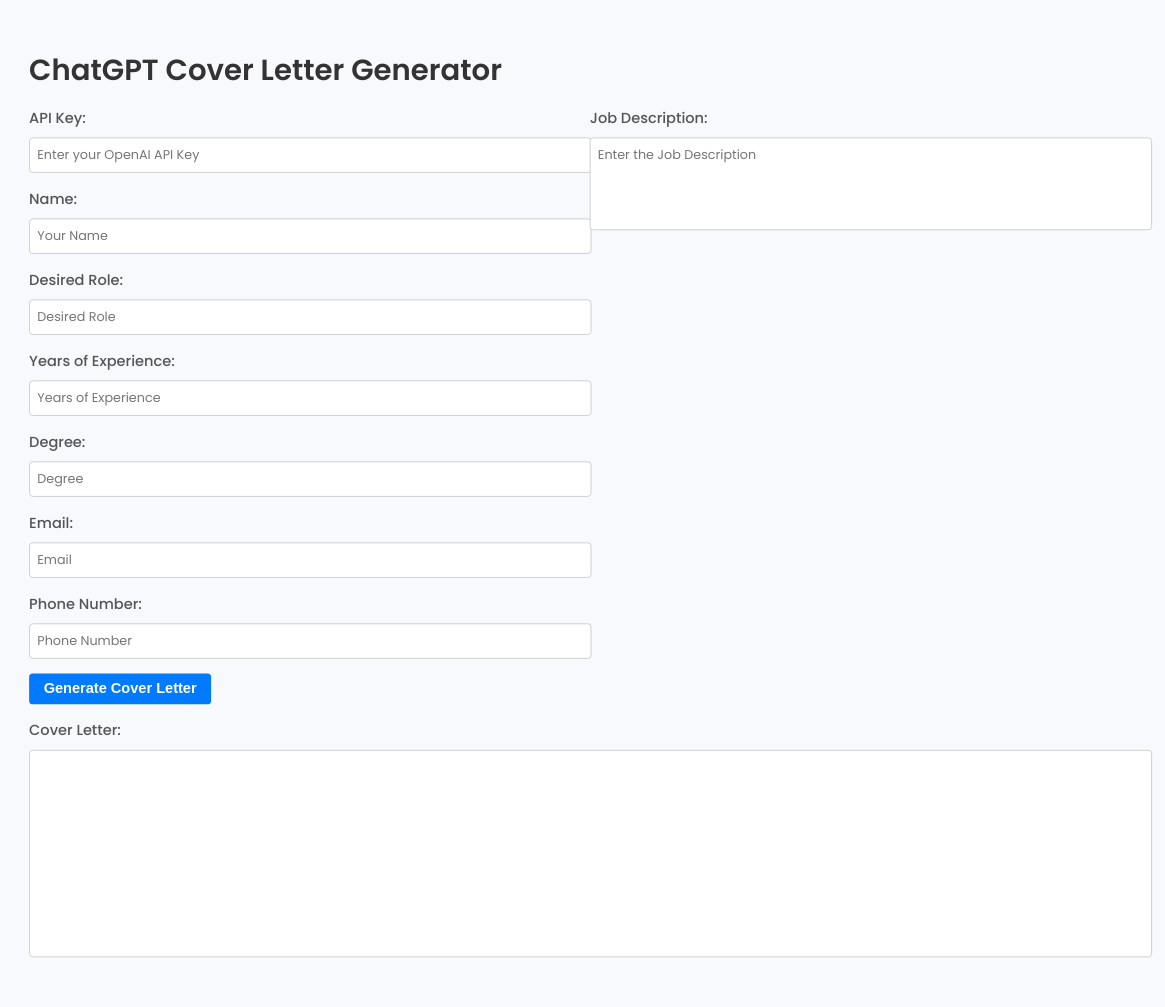
Repository: fechinmitchell/MFM
Page: popup.html
An editor plug-in stored every save of this project. The page is shown before and after the next save, followed by the edit.
The browser window is 1280 px wide. The pictures show the whole page, at 91% of full size.

Above is the page before, as saved 2023-07-01 23:11:26.

After the next save:
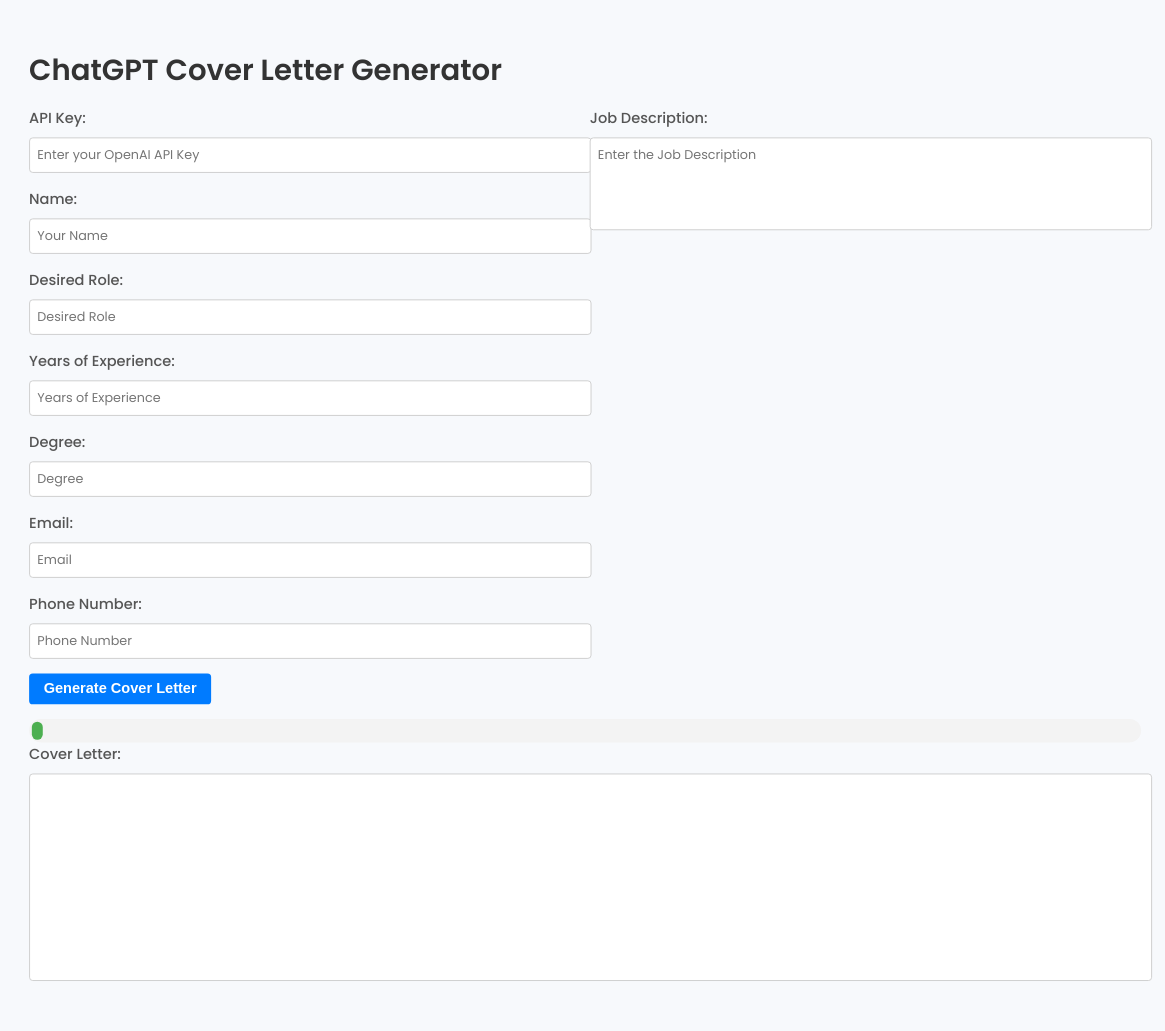
Saved 39 s later.
--- a/popup.html
+++ b/popup.html
@@ -113,7 +113,7 @@
 
   <button id="generateBtn">Generate Cover Letter</button>
 
-  <div id="loadingBar" style="display: none;">
+  <div id="loadingBar">
       <div id="progress"></div>
     </div>
 

After the 3 saves that followed:
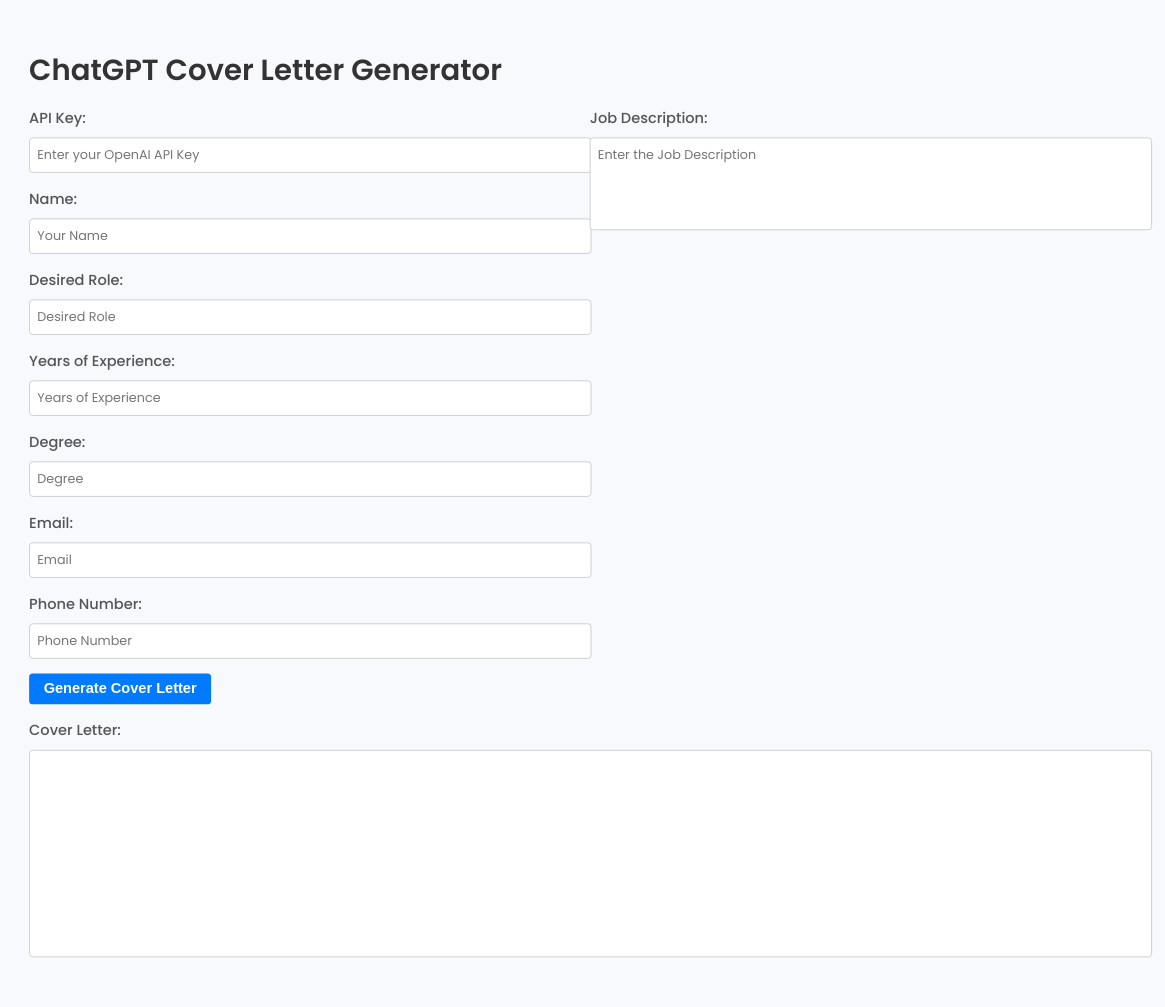
The 3 saves are shown as one change because 1 left the picture as it was and some came seconds apart.
The last was saved 31 s later.
--- a/popup.html
+++ b/popup.html
@@ -113,7 +113,7 @@
 
   <button id="generateBtn">Generate Cover Letter</button>
 
-  <div id="loadingBar">
+  <div id="loadingBar" style="display: none;">
       <div id="progress"></div>
     </div>
 
